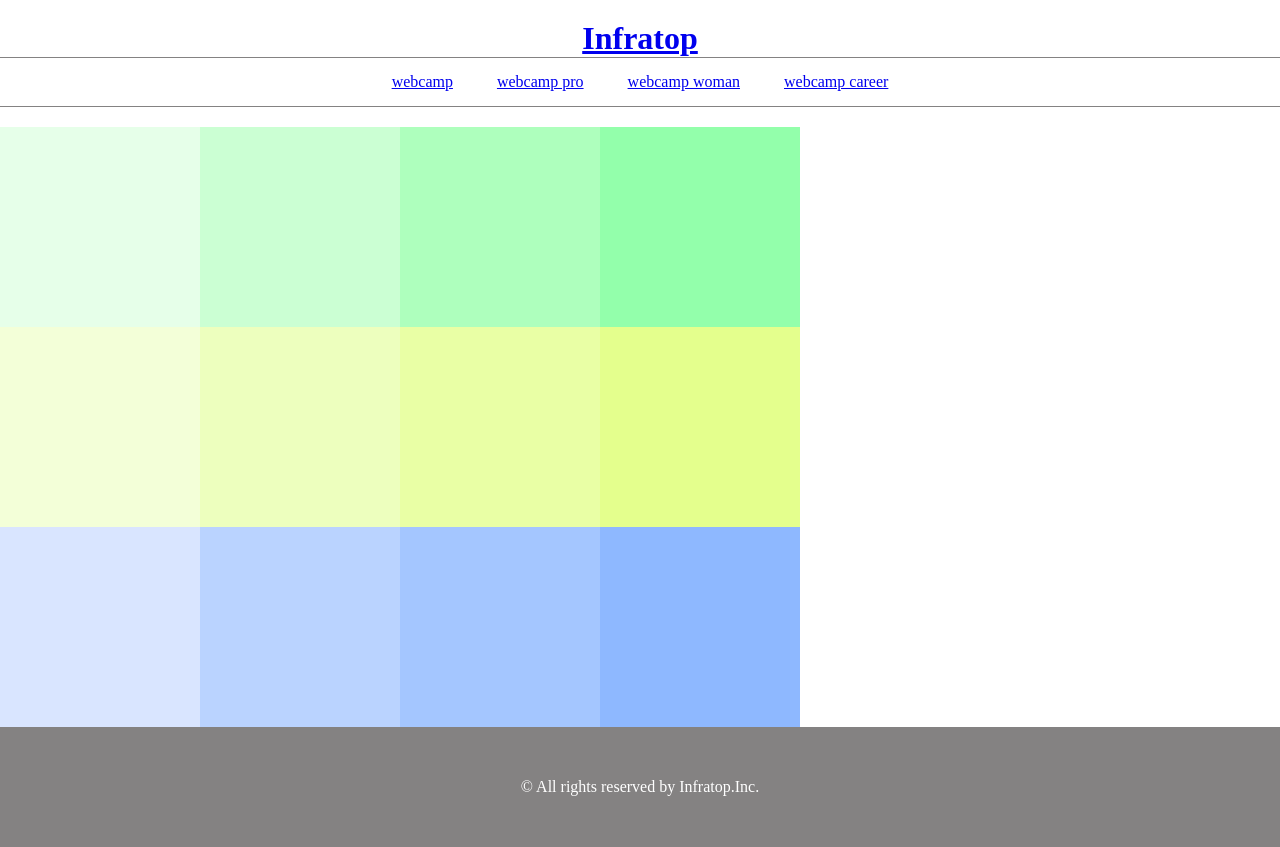
Repository: tkikokiko/webcamp-practice
Page: 1-5/index1-5.html
The author's editor kept a record of every edit. The page is drawn from the files as they stood at one moment, then again after the next edit.
The browser window is 1280 px wide. The pictures show the whole page.

Above is the page before.

After the next edit:
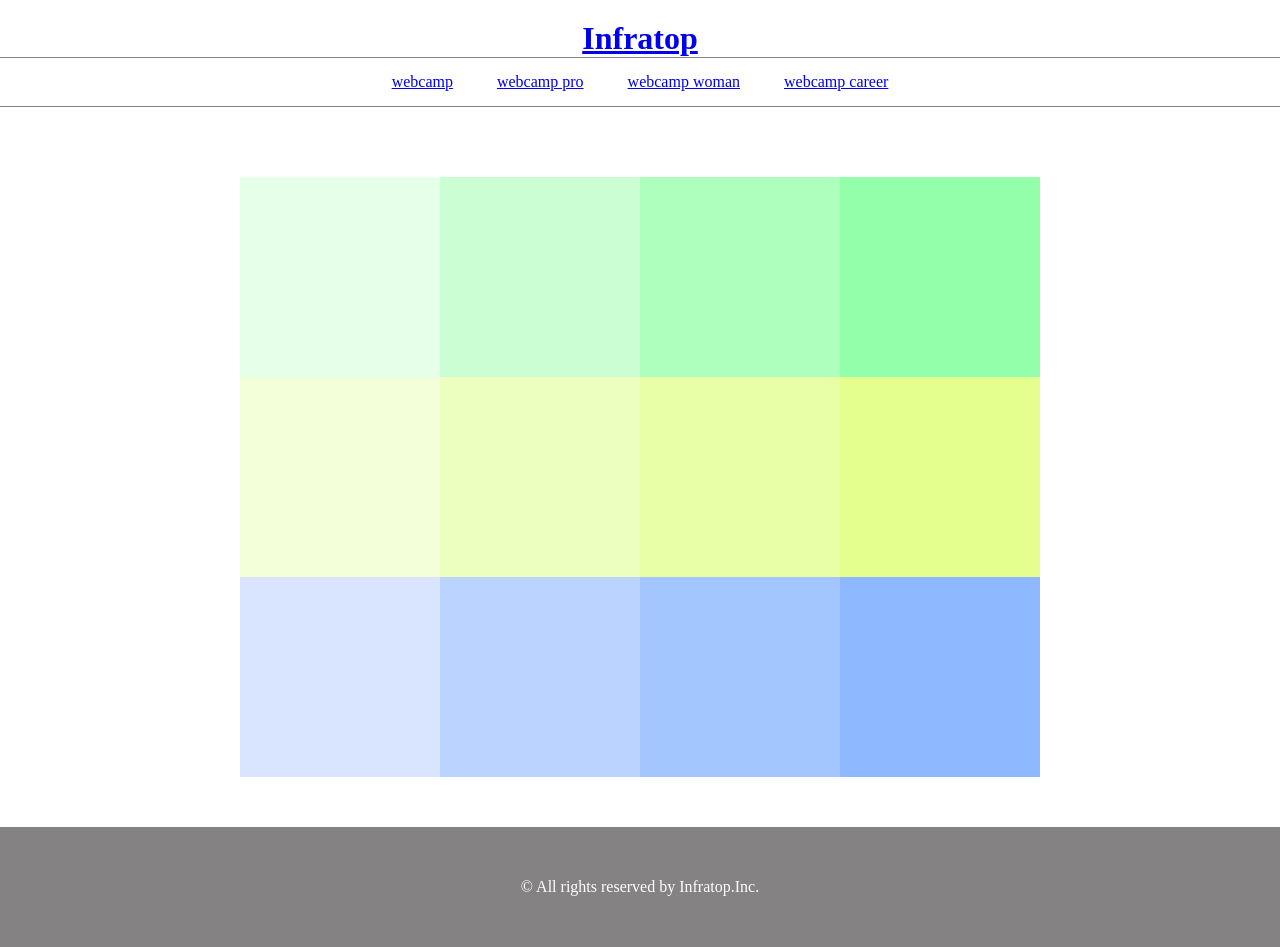
The edit:
--- a/1-5/style1-5.css
+++ b/1-5/style1-5.css
@@ -38,6 +38,7 @@
   /*height: 700px;*/
   display: flex;
   /*justify-content: center;*/
+  margin: 50px auto;
   /*margin: 0 auto;*/
   /*padding: 50px;*/
   flex-wrap: wrap;
